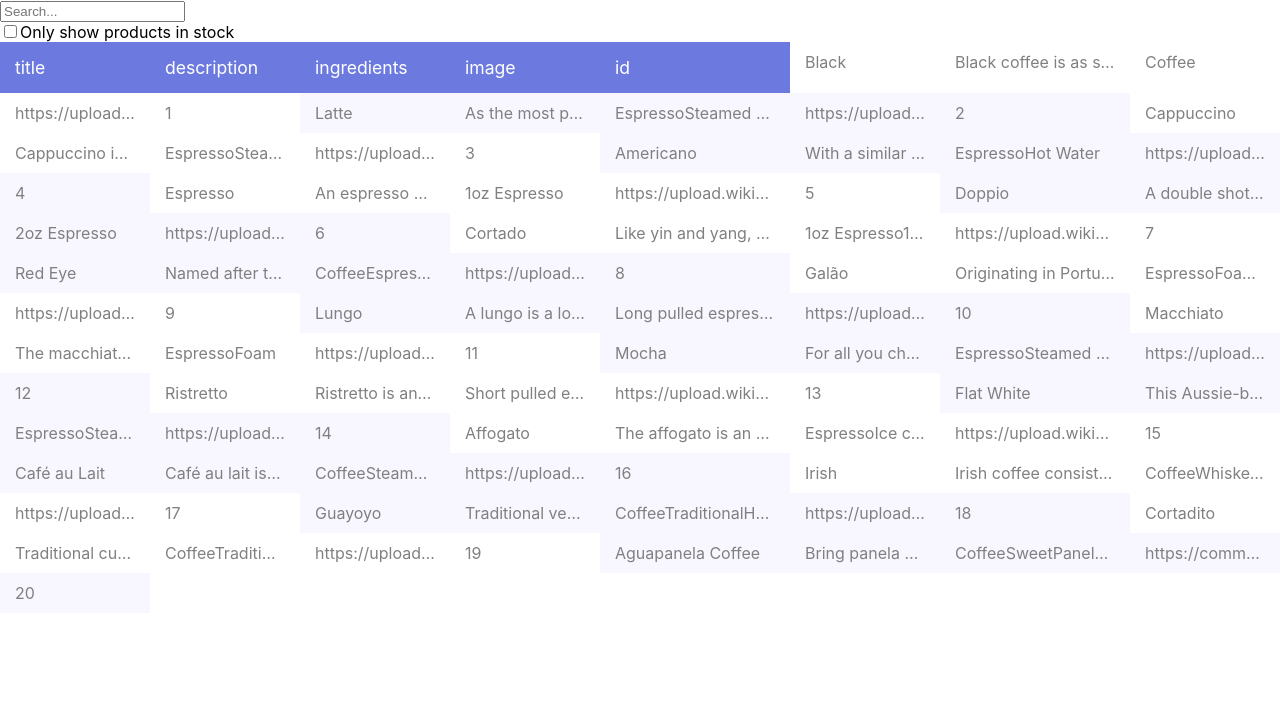
Repository: mariocapitbrok/reactjs-learn
Page: / (app in 05_filtered-data-table/)
An editor plug-in stored every save of this project. The page is shown before and after the next save, followed by the edit.
The browser window is 1280 px wide. The pictures show the whole page.
The project was rebuilt for these pictures with package versions that can differ from the ones it lists, and the page was loaded fresh each time.

Above is the page before, as saved 2023-02-26 02:36:52.

### 05_filtered-data-table/src/App.js
import SearchInput from './components/SearchInput'
import ToogleOption from './components/ToogleOption'
import Table from './components/Table'
import './App.css'

function App() {
  return (
    <div className="App">
      <SearchInput />
      <ToogleOption />
      <Table id="my-table" data={dataC} />
    </div>
  )
}

export default App

const PRODUCTS = [
  { category: 'Fruits', price: '$1', stocked: true, name: 'Apple' },
  { category: 'Fruits', price: '$1', stocked: true, name: 'Dragonfruit' },
  { category: 'Fruits', price: '$2', stocked: false, name: 'Passionfruit' },
  { category: 'Vegetables', price: '$2', stocked: true, name: 'Spinach' },
  { category: 'Vegetables', price: '$4', stocked: false, name: 'Pumpkin' },
  { category: 'Vegetables', price: '$1', stocked: true, name: 'Peas' },
]

const COFFEE = [
  {
    title: 'Black',
    description:
      'Black coffee is as simple as it gets with ground coffee beans steeped in hot water, served warm. And if you want to sound fancy, you can call black coffee by its proper name: cafe noir.',
    ingredients: ['Coffee'],
    image:
      'https://upload.wikimedia.org/wikipedia/commons/thumb/4/45/A_small_cup_of_coffee.JPG/640px-A_small_cup_of_coffee.JPG',
    id: 1,
  },
  {
    title: 'Latte',
    description:
      'As the most popular coffee drink out there, the latte is comprised of a shot of espresso and steamed milk with just a touch of foam. It can be ordered plain or with a flavor shot of anything from vanilla to pumpkin spice.',
    ingredients: ['Espresso', 'Steamed Milk'],
    image:
      'https://upload.wikimedia.org/wikipedia/commons/thumb/9/9f/Latte_at_Doppio_Ristretto_Chiang_Mai_01.jpg/509px-Latte_at_Doppio_Ristretto_Chiang_Mai_01.jpg',
    id: 2,
  },
  {
    title: 'Cappuccino',
    description:
      'Cappuccino is a latte made with more foam than steamed milk, often with a sprinkle of cocoa powder or cinnamon on top. Sometimes you can find variations that use cream instead of milk or ones that throw in flavor shot, as well.',
    ingredients: ['Espresso', 'Steamed Milk', 'Foam'],
    image:
      'https://upload.wikimedia.org/wikipedia/commons/e/ed/Wet_Cappuccino_with_heart_latte_art.jpg',
    id: 3,
  },
  {
    title: 'Americano',
    description:
      'With a similar flavor to black coffee, the americano consists of an espresso shot diluted in hot water.',
    ingredients: ['Espresso', 'Hot Water'],
    image:
      'https://upload.wikimedia.org/wikipedia/commons/thumb/0/09/Hokitika_Cheese_and_Deli%2C_Hokitika_%283526706594%29.jpg/1280px-Hokitika_Cheese_and_Deli%2C_Hokitika_%283526706594%29.jpg',
    id: 4,
  },
  {
    title: 'Espresso',
    description:
      'An espresso shot can be served solo or used as the foundation of most coffee drinks, like lattes and macchiatos.',
    ingredients: ['1oz Espresso'],
    image:
      'https://upload.wikimedia.org/wikipedia/commons/a/a5/Tazzina_di_caff%C3%A8_a_Ventimiglia.jpg',
    id: 5,
  },
  {
    title: 'Doppio',
    description:
      'A double shot of espresso, the doppio is perfect for putting extra pep in your step.',
    ingredients: ['2oz Espresso'],
    image:
      'https://upload.wikimedia.org/wikipedia/commons/thumb/f/f3/Doppio.jpg/2560px-Doppio.jpg',
    id: 6,
  },
  {
    title: 'Cortado',
    description:
      'Like yin and yang, a cortado is the perfect balance of espresso and warm steamed milk. The milk is used to cut back on the espresso’s acidity.',
    ingredients: ['1oz Espresso', '1oz Steamed Milk'],
    image:
      'https://upload.wikimedia.org/wikipedia/commons/1/16/Caf%C3%A9Cortado%28Tallat%29.jpg',
    id: 7,
  },
  {
    title: 'Red Eye',
    description:
      'Named after those pesky midnight flights, a red eye can cure any tiresome morning. A full cup of hot coffee with an espresso shot mixed in, this will definitely get your heart racing.',
    ingredients: ['Coffee', 'Espresso'],
    image:
      'https://upload.wikimedia.org/wikipedia/commons/f/f7/Linea_doubleespresso.jpg',
    id: 8,
  },
  {
    title: 'Galão',
    description:
      'Originating in Portugal, this hot coffee drink is closely related to the latte and cappuccino. Only difference is it contains about twice as much foamed milk, making it a lighter drink compared to the other two.',
    ingredients: ['Espresso', 'Foamed milk'],
    image:
      'https://upload.wikimedia.org/wikipedia/commons/thumb/0/06/Gal%C3%A3o.jpg/1280px-Gal%C3%A3o.jpg',
    id: 9,
  },
  {
    title: 'Lungo',
    description:
      'A lungo is a long-pull espresso. The longer the pull, the more caffeine there is and the more ounces you can enjoy.',
    ingredients: ['Long pulled espresso'],
    image:
      'https://upload.wikimedia.org/wikipedia/commons/6/6a/Caff%C3%A8_lungo.JPG',
    id: 10,
  },
  {
    title: 'Macchiato',
    description:
      'The macchiato is another espresso-based drink that has a small amount of foam on top. It’s the happy medium between a cappuccino and a doppio.',
    ingredients: ['Espresso', 'Foam'],
    image:
      'https://upload.wikimedia.org/wikipedia/commons/0/07/Caff%C3%A8_Espresso_Macchiato_Schiumato.jpg',
    id: 11,
  },
  {
    title: 'Mocha',
    description:
      'For all you chocolate lovers out there, you’ll fall in love with a mocha (or maybe you already have). The mocha is a chocolate espresso drink with steamed milk and foam.',
    ingredients: ['Espresso', 'Steamed Milk', 'Chocolate'],
    image:
      'https://upload.wikimedia.org/wikipedia/commons/f/f6/Mocaccino-Coffee.jpg',
    id: 12,
  },
  {
    title: 'Ristretto',
    description:
      'Ristretto is an espresso shot. It uses less hot water which creates a sweeter flavor compared to the bitter taste of a traditional shot of espresso or a doppio.',
    ingredients: ['Short pulled espresso'],
    image:
      'https://upload.wikimedia.org/wikipedia/commons/1/12/Doppio_ristretto_Chiang_Mai.jpg',
    id: 13,
  },
  {
    title: 'Flat White',
    description:
      'This Aussie-born drink is basically a cappuccino without the foam or chocolate sprinkle. It’s an espresso drink with steamed milk.',
    ingredients: ['Espresso', 'Steamed Milk'],
    image:
      'https://upload.wikimedia.org/wikipedia/commons/6/6b/Flat_white_coffee_with_pretty_feather_pattern.jpg',
    id: 14,
  },
  {
    title: 'Affogato',
    description:
      'The affogato is an excuse to enjoy a scoop of ice cream any time of day (and any time of year in my opinion). Served with a scoop of ice cream and a shot of espresso, or two.',
    ingredients: ['Espresso', 'Ice cream'],
    image:
      'https://upload.wikimedia.org/wikipedia/commons/1/17/Vinoteca%2C_Smithfield%2C_London_%284485849609%29.jpg',
    id: 15,
  },
  {
    title: 'Café au Lait',
    description:
      'Café au lait is perfect for the coffee minimalist who wants a bit more flavor. Just add a splash of warm milk to your coffee and you’re all set!',
    ingredients: ['Coffee', 'Steamed Milk'],
    image: 'https://upload.wikimedia.org/wikipedia/commons/0/06/Latte_art.jpg',
    id: 16,
  },
  {
    title: 'Irish',
    description:
      'Irish coffee consists of black coffee, whiskey and sugar, topped with whipped cream.',
    ingredients: ['Coffee', 'Whiskey', 'Sugar', 'Cream'],
    image:
      'https://upload.wikimedia.org/wikipedia/commons/6/61/Irish_coffee_glass.jpg',
    id: 17,
  },
  {
    title: 'Guayoyo',
    description:
      "Traditional venezuelan coffee prepared by filtering the ground coffee in a cone of cloth and pouring hot water on top of it. It's prefferably drinked wihout milk nor cream.",
    ingredients: ['Coffee', 'Traditional', 'Hot Water'],
    image:
      'https://upload.wikimedia.org/wikipedia/commons/thumb/4/45/A_small_cup_of_coffee.JPG/640px-A_small_cup_of_coffee.JPG',
    id: 18,
  },
  {
    title: 'Cortadito',
    description:
      'Traditional cuban coffee method where a bit of freshly brewed coffee is mixed with sugar to create a highly sugared paste. Then add the rest of the coffee and stir adding milk until a 50/50 ratio is achieved.',
    ingredients: ['Coffee', 'Traditional', 'Sugar', 'Milk'],
    image:
      'https://upload.wikimedia.org/wikipedia/commons/9/9b/Cuban_coffee-_2013-04-05_14-30.jpg',
    id: 19,
  },
  {
    title: 'Aguapanela Coffee',
    description:
      'Bring panela and coffee to a boil in a small pan for 30 minutes until panela is melted. Brew your coffee using your favorite brewing technique but add the hot aguapanela instead of hot water. Delicious sweetened coffee is ready.',
    ingredients: ['Coffee', 'Sweet', 'Panela', 'Traditional'],
    image:
      'https://commons.wikimedia.org/wiki/File:Agua_Panela_con_Queso_Fresco_at_La_Puerta_Falsa_(5617496209).jpg#/media/File:Agua_Panela_con_Queso_Fresco_at_La_Puerta_Falsa_(5617496209).jpg',
    id: 20,
  },
]

const dataA = PRODUCTS

const dataB = PRODUCTS.map(p => ({
  name: p.name,
  price: parseFloat(p.price.slice(1)).toFixed(2),
}))

const dataC = COFFEE

### 05_filtered-data-table/src/components/SearchInput.jsx
function SearchInput() {
  return (
    <div>
      <input type="text" placeholder="Search..." />
    </div>
  )
}

export default SearchInput

### 05_filtered-data-table/src/components/ToogleOption.jsx
function ToogleOption() {
  return (
    <div>
      <label>
        <input type="checkbox" />
        {`Only show products in stock`}
      </label>
    </div>
  )
}

export default ToogleOption

### 05_filtered-data-table/src/components/Table.jsx
import '../App.css'

function Table({ id, data }) {
  const tableHeaders = createTableHeaders(data)
  const tableRows = createTableRows(data)

  return (
    <table id={id}>
      <thead>{tableHeaders}</thead>
      <tbody>{tableRows}</tbody>
    </table>
  )
}

export default Table

function createTableHeaders(data) {
  const keys = Object.keys(data[0])
  const headerCells = keys.map(key => (
    <th key={key} className={key}>
      {key}
    </th>
  ))

  return <tr>{headerCells}</tr>
}

function createTableRows(data) {
  return data.map(row => {
    const cells = Object.entries(row).map(([key, value]) => (
      <td key={row.id ? `${row.id}-${key}` : createUniqueId()} className={key}>
        {value}
      </td>
    ))
    return <tr key={row.id || createUniqueId()}>{cells}</tr>
  })
}

function createUniqueId() {
  const randomStr = Math.random().toString(36).slice(2, 11)
  return `${randomStr}`
}

### 05_filtered-data-table/src/App.css

/* Table*/
/* #my-table {
  width: 100%;
}

#my-table th {
  text-align: left;
}

#my-table th, #my-table td {
  border: 1px solid #ddd;
}

td.price {
  text-align: right;
}

th {
  text-transform: capitalize;
}

th.description {
  min-width: 300px;
}

.image {
  max-width: 300px;
  overflow-wrap: break-word;
} */

* {
  box-sizing: border-box;
}

html,
body {
  padding: 0;
  margin: 0;
}

body {
  font-family: BlinkMacSystemFont, -apple-system, "Segoe UI", "Roboto", "Oxygen", "Ubuntu", "Cantarell", "Fira Sans", "Droid Sans", "Helvetica Neue", "Helvetica", "Arial", sans-serif;
}

table {
  min-width: 100vw;
  width: auto;
  flex: 1;
  display: grid;
  border-collapse: collapse;
  /* These are just initial values which are overriden using JavaScript when a column is resized */
  grid-template-columns:
    minmax(150px, 1fr)
    minmax(150px, 1.67fr)
    minmax(150px, 1.67fr)
    minmax(150px, 1.67fr)
    minmax(150px, 3.33fr)
    minmax(150px, 1.67fr)
    minmax(150px, 3.33fr)
    minmax(150px, 1.67fr);
}

thead,
tbody,
tr {
  display: contents;
}

th,
td {
  padding: 15px;
  overflow: hidden;
  text-overflow: ellipsis;
  white-space: nowrap;
}

th {
  position: sticky;
  top: 0;
  background: #6c7ae0;
  text-align: left;
  font-weight: normal;
  font-size: 1.1rem;
  color: white;
  position: relative;
}

th:last-child {
  border: 0;
}

.resize-handle {
  position: absolute;
  top: 0;
  right: 0;
  bottom: 0;
  background: black;
  opacity: 0;
  width: 3px;
  cursor: col-resize;
}

.resize-handle:hover,
/* The following selector is needed so the handle is visible during resize even if the mouse isn't over the handle anymore */
.header--being-resized .resize-handle {
  opacity: 0.5;
}

th:hover .resize-handle {
  opacity: 0.3;
}

td {
  padding-top: 10px;
  padding-bottom: 10px;
  color: #808080;
}

tr:nth-child(even) td {
  background: #f8f6ff;
}

Loaded but not shown: 05_filtered-data-table/public/index.html (common file); 05_filtered-data-table/src/index.js (common file); 05_filtered-data-table/src/index.css (common file); 05_filtered-data-table/src/reportWebVitals.js (common file)

After the next save:
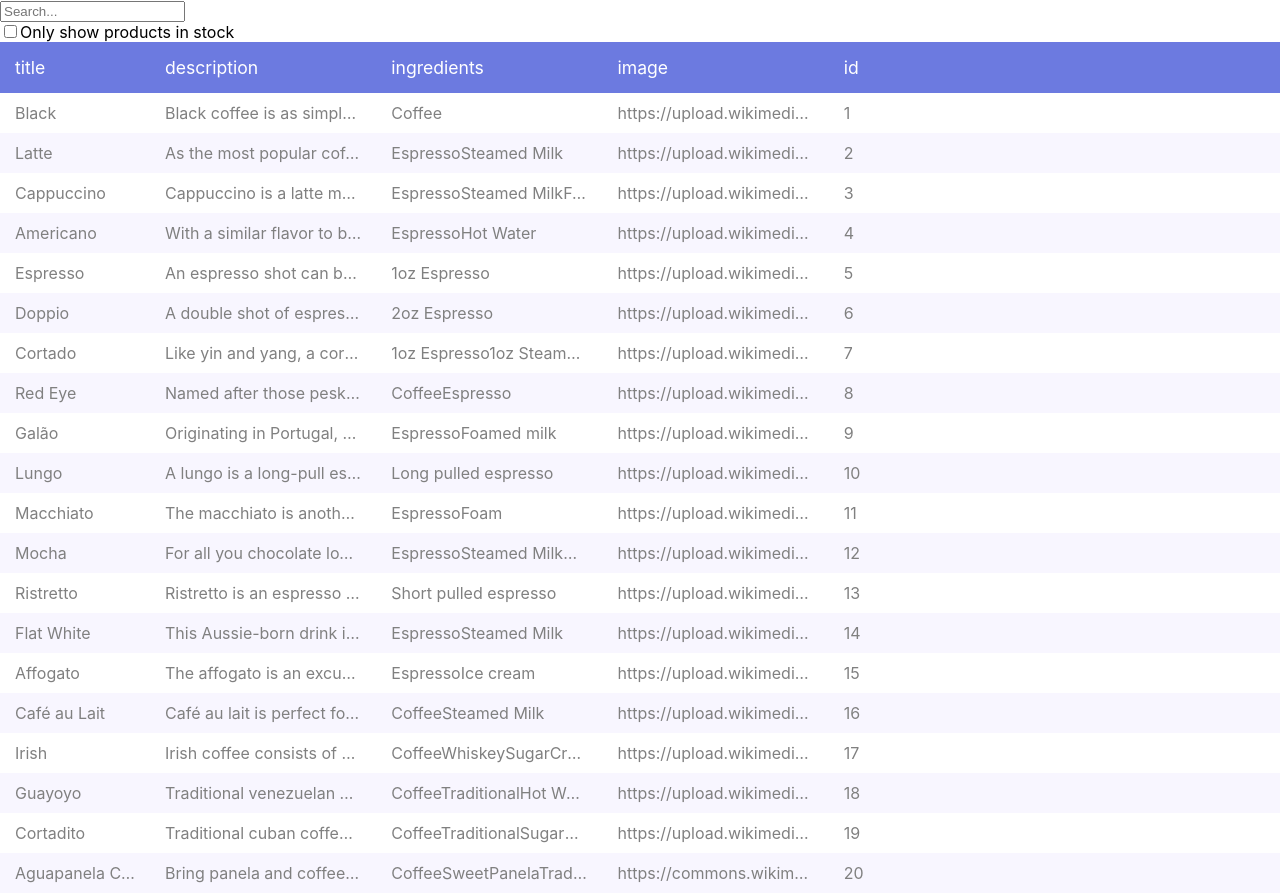
Saved 26 s later.
--- a/05_filtered-data-table/src/App.css
+++ b/05_filtered-data-table/src/App.css
@@ -56,9 +56,7 @@ table {
     minmax(150px, 1.67fr)
     minmax(150px, 1.67fr)
     minmax(150px, 3.33fr)
-    minmax(150px, 1.67fr)
-    minmax(150px, 3.33fr)
-    minmax(150px, 1.67fr);
+;
 }
 
 thead,
